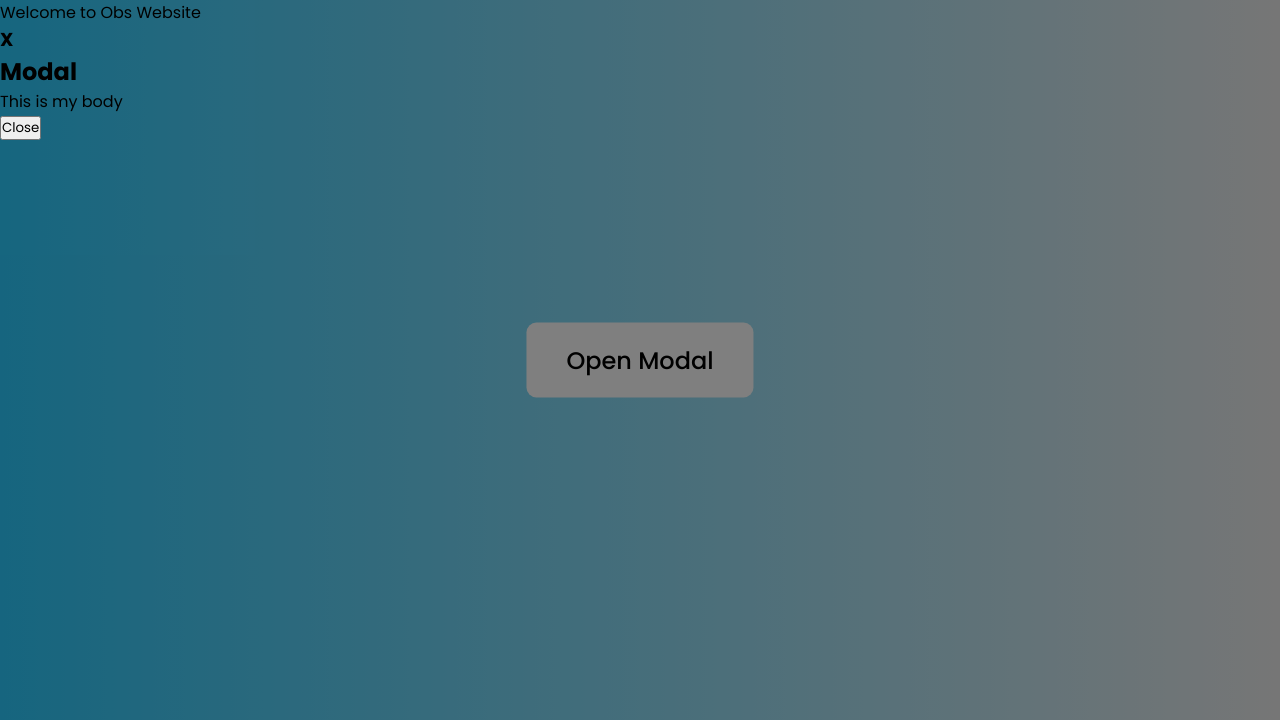
Repository: lausamtuong/Modal_card
Page: index.html
The author's editor kept a copy of each file at every save. The page is drawn from the files as they stood at one save, then again after the next save.
The browser window is 1280 px wide. The pictures show the whole page.
The style sheet was rebuilt from its Sass, Less or Tailwind sources for each picture, by a compiler version that may differ from the author's.

Above is the page before, as saved 2021-12-15 06:46:59.

After the next save:
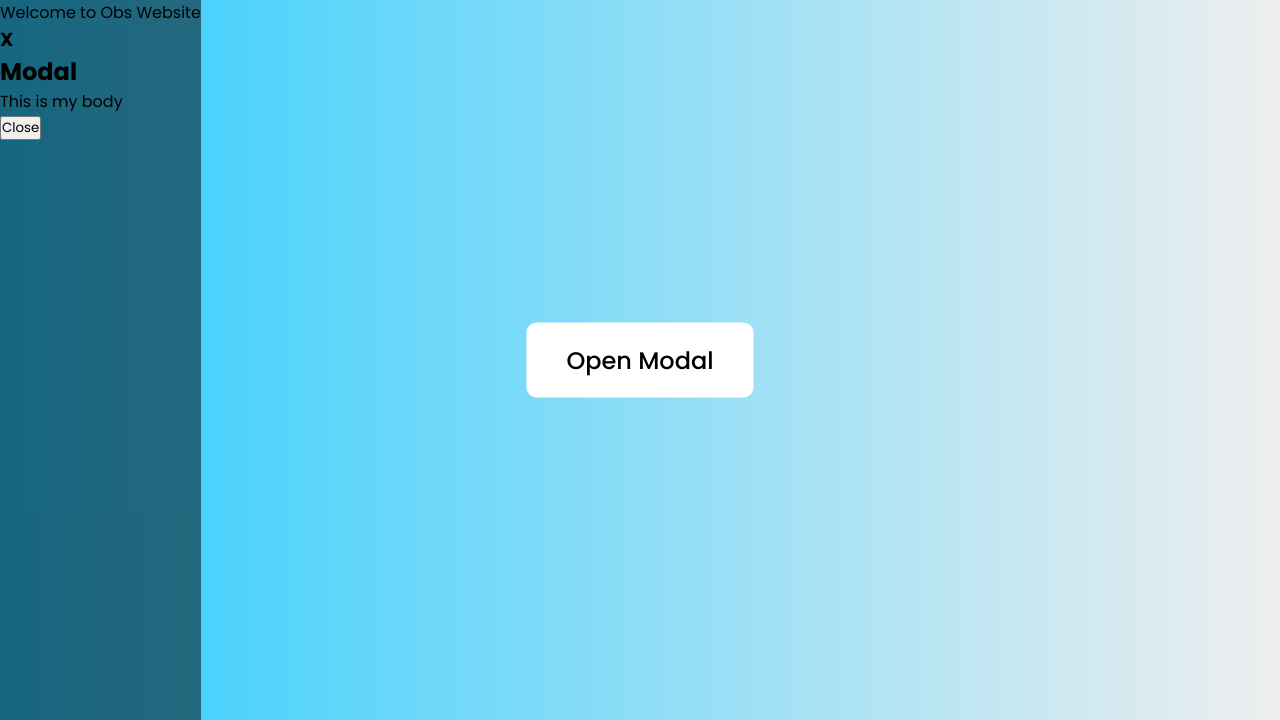
Saved 4 s later.
--- a/style.scss
+++ b/style.scss
@@ -31,5 +31,5 @@ body{
     position:fixed;
     top:0;
     bottom:0;
-    width:100vw;
+
 }
